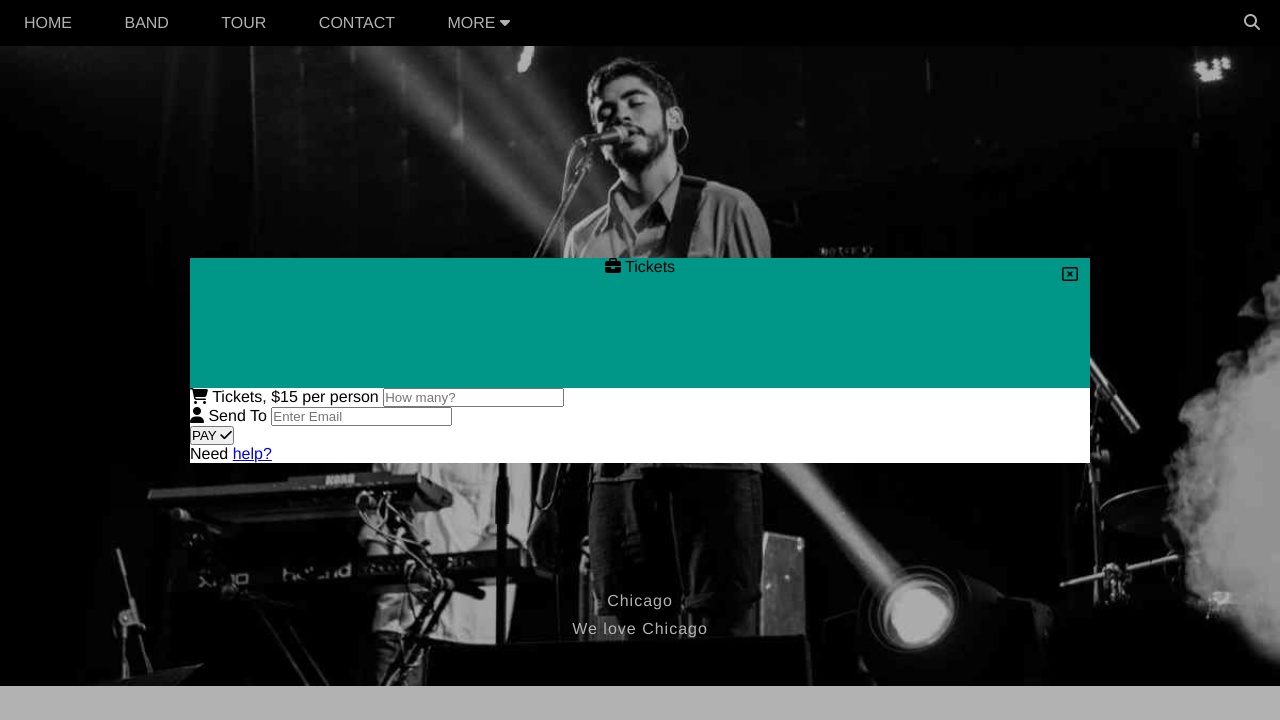
Repository: NguyenMinhChau/Theband
Page: index.html
An editor plug-in stored every save of this project. The page is shown before and after a run of saves, followed by the edit.
The browser window is 1280 px wide. The pictures show the window.
A layer covers the whole window, so only the first screen is drawn. Some web libraries are served in a nearby version.

Above is the page before, as saved 2021-10-23 12:56:58.

### index.html
<!DOCTYPE html>
<html lang="en">
<head>
    <meta charset="UTF-8">
    <meta http-equiv="X-UA-Compatible" content="IE=edge">
    <meta name="viewport" content="width=device-width, initial-scale=1.0">
    <title>THE BAND</title>
    <link rel="icon" href="https://www.w3schools.com/w3css/img_la.jpg"/>
    <script src="https://kit.fontawesome.com/a7b0f58175.js" crossorigin="anonymous"></script>
    <link rel="stylesheet" href="./assets/css/style.css">
</head>
<body>
    <div id="main">
        <div id="header">
            <!-- Begin Navigation -->
            <ul id="nav">
                <li><a href="#">Home</a></li>
                <li><a href="#">Band</a></li>
                <li><a href="#">Tour</a></li>
                <li><a href="#">Contact</a></li>
                <li><a href="#">More <i class="fas fa-caret-down"></i></a>
                    <ul class="subnav">
                        <li><a href="#">Merchandise</a></li>
                        <li><a href="#">Extras</a></li>
                        <li><a href="#">Media</a></li>
                    </ul>
                </li>
            </ul>
            <!-- End Navigation -->

            <!-- Begin Search -->
            <div class="icon-search">
                <a href="#"><i class="header-icon-search fas fa-search"></i></a>
            </div>
            <!-- End Search -->
        </div>

        <div id="slider">
            <div class="description">
                <h4>Chicago</h4>
                <p>We love Chicago</p>
            </div>
        </div>

        <div id="content">
            <!-- section: dành cho những phần dùng chung -->
            <!-- ABOUT SECTION -->
            <div class="content-section">
                <h2 class="section-heading">The Band</h2>
                <p class="section-subheading">We love music</p>
                <p class="about-text">We have created a fictional band website. Lorem ipsum dolor sit amet, consectetur adipiscing elit, sed do eiusmod tempor incididunt ut labore et dolore magna aliqua. Ut enim ad minim veniam, quis nostrud exercitation ullamco laboris nisi ut aliquip ex ea commodo consequat. Duis aute irure dolor in reprehenderit in voluptate velit esse cillum dolore eu fugiat nulla pariatur. Excepteur sint occaecat cupidatat non proident, sunt in culpa qui officia deserunt mollit anim id est laborum consectetur adipiscing elit, sed do eiusmod tempor incididunt ut labore et dolore magna aliqua. Ut enim ad minim veniam, quis nostrud exercitation ullamco laboris nisi ut aliquip ex ea commodo consequat.</p>
                <div class="members-list">
                    <div class="member-item">
                        <p class="member-name">Name</p>
                        <img src="./assets/img/about_member01.jpg" alt="" class="member-avata">
                    </div>
                    <div class="member-item">
                        <p class="member-name">Name</p>
                        <img src="./assets/img/about_member01.jpg" alt="" class="member-avata">
                    </div>
                    <div class="member-item">
                        <p class="member-name">Name</p>
                        <img src="./assets/img/about_member01.jpg" alt="" class="member-avata">
                    </div>
                    <div class="clear"></div>
                </div>
            </div>

            <!-- TOUR SECTION -->
            <div class="tour-section">
                <div class="content-section">
                    <h2 class="section-heading text-white">Tours Dates</h2>
                    <p class="section-subheading text-white">Remember to book your tickets!</p>
                    <ul class="tickets-list">
                        <li>September <span class="sold-out">Sold out</span></li>
                        <li>October <span class="sold-out">Sold out</span></li>
                        <li>November <span class="quantity">3</span></li>
                    </ul>
                    <div class="places-list">
                        <div class="place-item">
                            <img src="./assets/img/tour_place01.jpg" alt="New York" class="place-img">
                            <div class="place-body">
                                <h3 class="place-heading">New York</h3>
                                <p class="place-time">Fri 27 Nov 2016</p>
                                <p class="plave-desc">Praesent tincidunt sed tellus ut rutrum sed vitae justo.</p>
                                <a href="#" class="place-buy-btn">Buy Tickets</a>
                            </div>
                        </div>
                        <div class="place-item">
                            <img src="./assets/img/tour_place_02.jpg" alt="New York" class="place-img">
                            <div class="place-body">
                                <h3 class="place-heading">Paris</h3>
                                <p class="place-time">Sat 28 Nov 2016</p>
                                <p class="plave-desc">Praesent tincidunt sed tellus ut rutrum sed vitae justo.</p>
                                <a href="#" class="place-buy-btn">Buy Tickets</a>
                            </div>
                        </div>
                        <div class="place-item">
                            <img src="./assets/img/tour_place_03.jpg" alt="New York" class="place-img">
                            <div class="place-body">
                                <h3 class="place-heading">San Francisco</h3>
                                <p class="place-time">Sun 29 Nov 2016</p>
                                <p class="plave-desc">Praesent tincidunt sed tellus ut rutrum sed vitae justo.</p>
                                <a href="#" class="place-buy-btn">Buy Tickets</a>
                            </div>
                        </div>
                        <div class="clear"></div>
                    </div>
                </div>
            </div>

            <!-- CONTACT SECTION -->
            <div class="content-section">
                <h2 class="section-heading">Contact</h2>
                <p class="section-subheading">Fan? Drop a note!</p>
            </div>
        </div>

        <div id="footer">

        </div>
    </div>
    <!-- BEGIN MODEL -->
    <div class="modal">
        <div class="modal-container">
            <div class="modal-close">
                <i class="far fa-window-close"></i>
            </div>

            <header class="modal-header">
                <i class="fas fa-briefcase"></i> Tickets
            </header>

            <div class="modal-body">
                <div class="form-group">
                    <label for="" class="modal-label">
                        <i class="fas fa-shopping-cart"></i>
                        Tickets, $15 per person
                    </label>
                    <input type="text" class="modal-input" placeholder="How many?">
                </div>

                <div class="form-group">
                    <label for="" class="modal-label">
                        <i class="fas fa-user"></i>
                        Send To
                    </label>
                    <input type="email" class="modal-input" placeholder="Enter Email">
                </div>

                <button id="buy-tickets">
                    PAY <i class="fas fa-check"></i>
                </button>
            </div>

            <footer class="modal-footer">
                <p class="modal-help">Need
                    <a href="#">help?</a>
                </p>
            </footer>
        </div>
    </div>
    <!-- END MODAL -->
    <script src="assets/js/main.js"></script>
</body>
</html>

### assets/css/style.css
:root{
    --header-height: 46px;
}
*{
    box-sizing: border-box;
    margin: 0;
    padding: 0;
}

html{
    font-family: Helvetica, Arial, sans-serif;
}

.clear{
    clear: both;
}

.text-white{
    color: #fff !important;
}

/* BEGIN CSS HEADER */
#header{
    height: var(--header-height);
    background-color: #000;
    position: fixed;
    top: 0;
    left: 0;
    right: 0;
}

#nav{
    display: inline-block;
}

#nav,
#subnav{
    list-style-type: none;
}

#nav li{
    display: inline-block;
    position: relative;
}

#nav > li > a{
    color: #fff;
    text-transform: uppercase;
}

#nav li a {
    text-decoration: none;
    line-height: var(--header-height);
    padding: 0 24px;

    display: block;
}

#nav > li:hover > a,
#nav .subnav li:hover a {
    color: #000;
    background-color: #ccc;
}

#nav > li:hover .subnav{
    display: block;
}

#nav .subnav{
    display: none;
    position: absolute;
    background-color: #fff;
    box-shadow: 0 0 10px rgba(0,0,0,0.3);
    color: #000;
    top: 100%;
    left: 0;
}

#nav .subnav li a{
    color: #000;
    padding: 0 12px;
    line-height: 38px;
    min-width: 160px;
}

#nav .subnav li{
    display: block;
}

#header .icon-search{
    /* position: absolute;
    top: 0;
    right: 0; */
    float: right;
    line-height: var(--header-height);
    padding: 0 20px;
}

#header .icon-search a{
    text-decoration: none;
}

#header .icon-search:hover{
    background-color: rgb(255, 39, 39);
    cursor: pointer;
}

#header .icon-search .header-icon-search{
    color: #fff;
}
/* END CSS HEADER */


/* BEGIN CSS SLIDER */
#slider{
    position: relative;
    margin-top: var(--header-height);
    /* Kỹ thuật tạo ảnh không bị méo khi thay đổi kích thước */
    padding-top: 50%; /* % là theo chiều ngang của chính nó*/

    /* Khi dùng padding như trên -> ta dùng bg-image để tạo ảnh vì có thể đổ ảnh từ padding */
    background: url('../img/slider_band_chicago.jpg') no-repeat center / cover;
    z-index: -1;
}

#slider .description{
    position: absolute;
    bottom: 0;
    left: 50%;
    transform: translateX(-50%);

    color: #fff;
    text-align: center;
    margin-bottom: 48px;
    letter-spacing: 1px;
}

#slider .description h4,
#slider .description p{
    text-shadow: 0 0 10 rgba(0,0,0,0.5);
}

#slider .description h4{
    font-weight: 540;
    padding: 10px 0;
}
/* END CSS SLIDER */

/* BEGIN CSS CONTENT */
/* CSS ABOUT */
#content .content-section{
    width: 800px;
    margin: auto;
    padding: 64px 0;
}

#content .section-heading,
#content .section-subheading{
    text-align: center;
}

#content .section-heading{
    font-size: 30px;
    font-weight: 500;
    text-transform: uppercase;
    letter-spacing: 4px;
}

#content .section-subheading{
    font-size: 15px;
    font-style: italic;
    margin: 25px 0;
    opacity: 0.7;
}

#content .about-text{
    text-align: justify;
    font-size: 15px;
    line-height: 1.4;
}

#content .members-list{
    margin-top: 48px;
}

#content .member-item{
    float: left;
    text-align: center;
    width: calc(100% / 3);
}

#content .member-name{
    font-size: 15px;
}

#content .member-avata{
    margin-top: 15px;
    width: 154px;
    border-radius: 5px;
}

/* CSS TOUR */
#content .tour-section{
    background-color: #000;
}

#content .tickets-list{
    background-color: #fff;
    margin: 40px 0;
    list-style: none;
}

#content .tickets-list li{
    font-size: 15px;
    padding: 12px 16px;
    border-bottom: 1px solid #ddd;
    color: #757575;
}

#content .tickets-list .sold-out{
    background-color: #f44336;
    color: #fff;
    padding: 3px 4px;
    margin-left: 16px;
}

#content .tickets-list .quantity{
    float: right;
    background-color: #000;
    border-radius: 50%;
    width: 24px;
    height: 24px;
    color: #fff;
    text-align: center;
    line-height: 24px;
    margin-top: -3px;
}

#content .tour-section .places-list{
    margin: 0 -8px 48px;
}

#content .place-item{
    float: left;
    width: calc(100% / 3);
    padding: 0 8px;
}

#content .place-img{
    width: 100%;
    display: block;
}

#content .place-img:hover{
    opacity: 0.7;
}

#content .place-body{
    background-color: #fff;
    padding: 16px;
    font-size: 15px;
}

#content .place-heading{
    font-weight: 550;
}

#content .place-time{
    margin: 15px 0;
    color: #757575;
}

#content .plave-desc{
    line-height: 1.4;
}

#content .place-buy-btn{
    text-decoration: none;
    background-color: #000;
    color: #fff;
    padding: 11px 16px;
    /* Khắc phục tình trạng button che thẻ description */
    display: inline-block;
    margin-top: 15px;
}

#content .place-buy-btn:hover{
    background-color: #ccc;
    color: #000;
}
/* END CSS CONTENT */


#footer{

}

/* BEGIN CSS MODAL */
.modal{
    position: fixed;
    top: 0;
    bottom: 0;
    right: 0;
    left: 0;
    background: rgba(0,0,0,0.3);
    display: flex;
    align-items: center;
    justify-content: center;
    padding: 0 15px;
}

.modal-container{
    position: relative;
    background-color: #fff;
    width: 900px;
    min-height: 200px;
}

.modal-close{
    position: absolute;
    top: 8px;
    right: 12px;
}

.modal-header{
    height: 130px;
    background: #009688;
    text-align: center;
}

.modal-body{

}

.modal-label{

}

.modal-input{

}
/* END CSS MODAL */

Loaded but not shown: assets/js/main.js (no stored copy; drawn as an empty file)

After the next 4 saves:
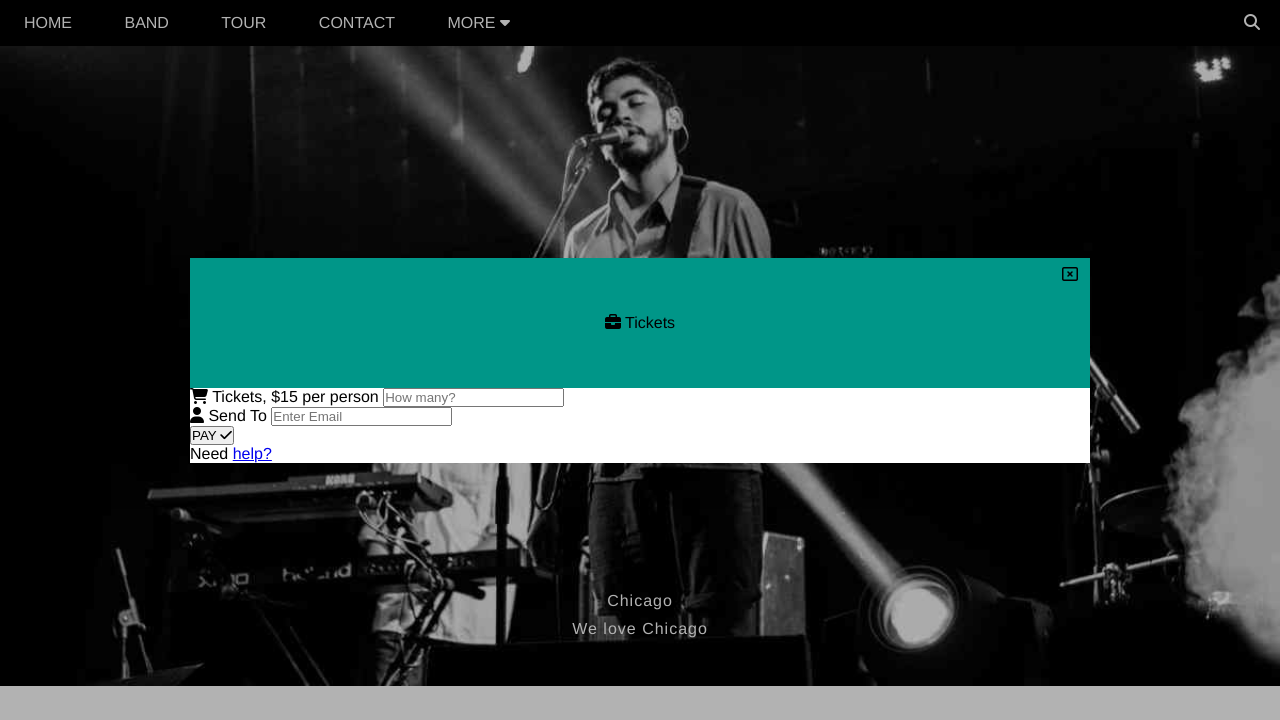
The 4 saves are shown as one change because they came seconds apart.
The last was saved 18 s later.
--- a/assets/css/style.css
+++ b/assets/css/style.css
@@ -326,6 +326,7 @@
     height: 130px;
     background: #009688;
     text-align: center;
+    line-height:130px;
 }
 
 .modal-body{
